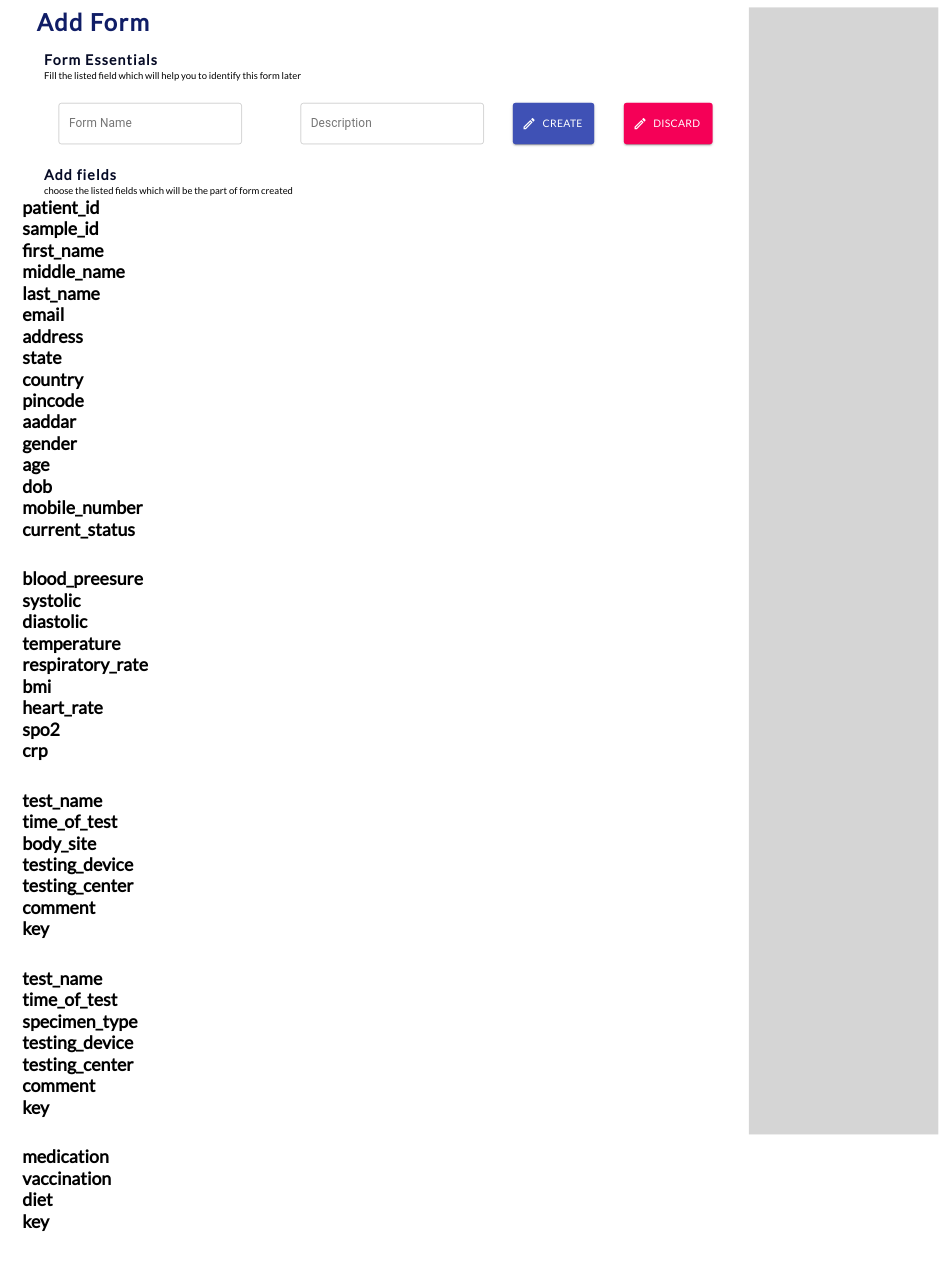
Repository: Architjain128/df
Page: /add
The author's editor kept a copy of each file at every save. The page is drawn from the files as they stood at one save, then again after the next save.
The browser window is 1280 px wide. The pictures show the whole page, at 74% of full size.
The project was rebuilt for these pictures with package versions that can differ from the ones it lists, and the page was loaded fresh each time. Also part of the build but not shown: src/App.css, src/dftable.js, src/dataForm.js.

Above is the page before, as saved 2021-06-25 17:29:11.

After the next save:
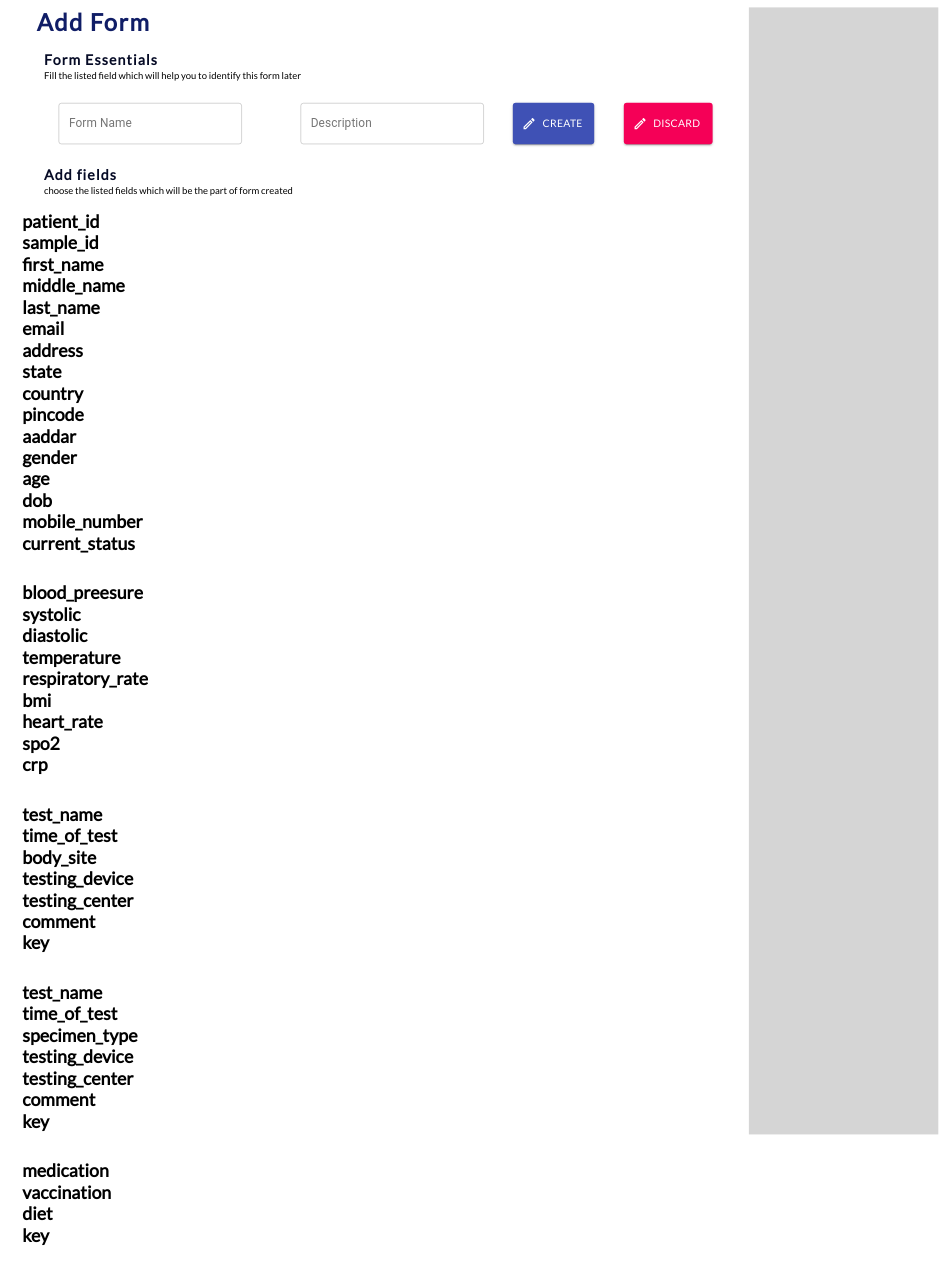
Saved 4 s later.
--- a/src/addDataForm.js
+++ b/src/addDataForm.js
@@ -33,8 +33,8 @@ class AddDataForm extends Component{
         var finalrow=[]
         for(let data in datas){
             console.log(datas[data]["parameters"])
+            finalrow.push(<br/>)
             finalrow.push(this.listit(datas[data]["parameters"],0))
-            finalrow.push(<br/>)
             finalrow.push(<br/>)
         }
         this.setState({tree:finalrow})
